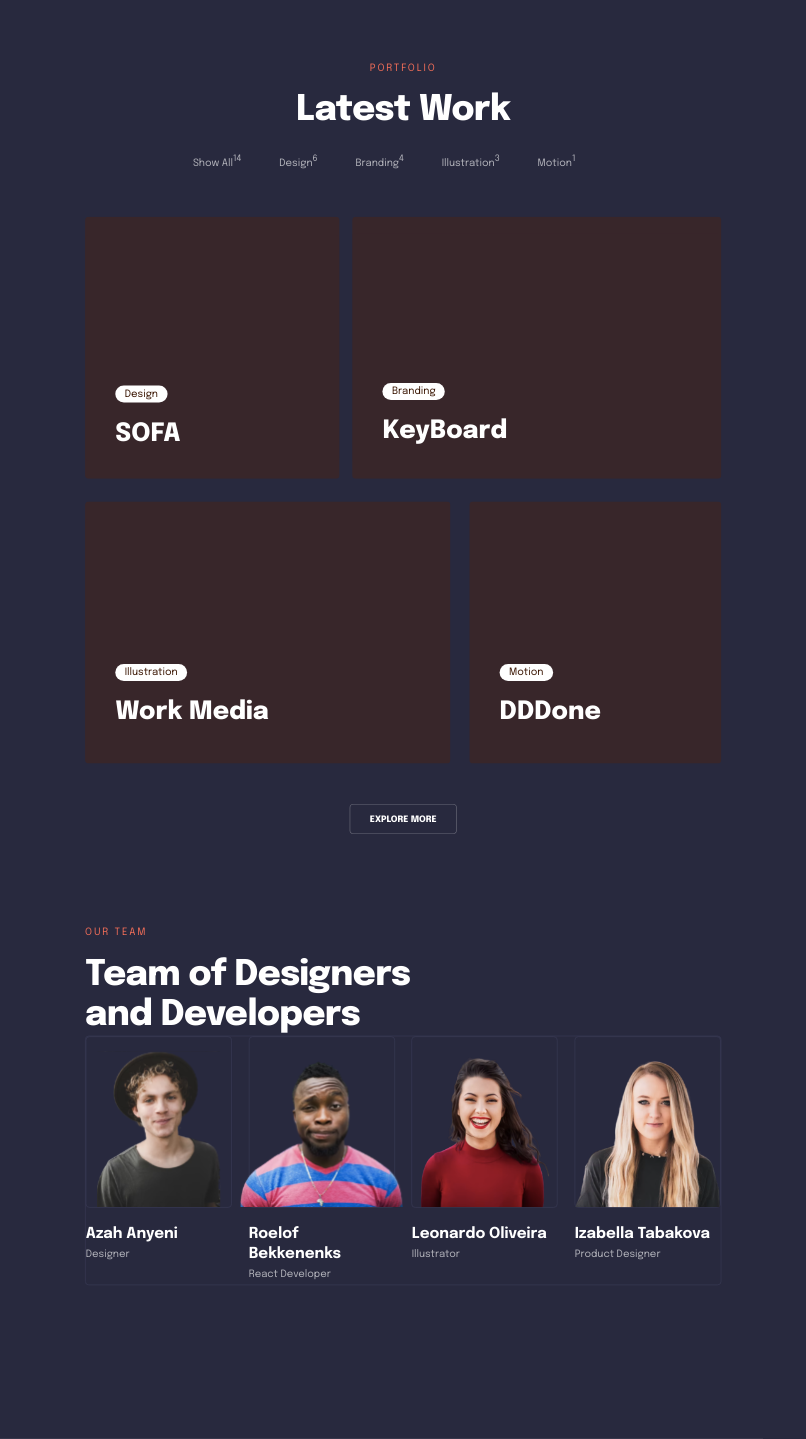
Repository: FidanXankishiyeva/figma-positions-task
Page: index.html
The author's editor kept a copy of each file at every save. The page is drawn from the files as they stood at one save, then again after the next save.
The browser window is 1280 px wide. The pictures show the whole page, at 63% of full size.

Above is the page before, as saved 2023-08-10 13:52:09.

### index.html
<!DOCTYPE html>
<html lang="en">

<head>
    <meta charset="UTF-8">
    <meta name="viewport" content="width=device-width, initial-scale=1.0">
    <title>Document</title>
    <link rel="stylesheet" href="index.css">
</head>

<body>
    <div class="container">
        <div class="page-1">
            <div class="text-box">
                <h1>Portfolio</h1>
                <h2>Latest Work</h2>
            </div>
            <nav class="position-box">
                <ul>
                    <li>
                        <h1>Show All</h1>
                        <p>14</p>
                    </li>
                    <li>
                        <h1>Design</h1>
                        <p>6</p>
                    </li>
                    <li>
                        <h1>Branding</h1>
                        <p>4</p>
                    </li>
                    <li>
                        <h1>Illustration</h1>
                        <p>3</p>
                    </li>
                    <li>
                        <h1>Motion</h1>
                        <p>1</p>
                    </li>
                </ul>
            </nav>
            <div class="photo-box">
                <div class="sofa-box">
                    <img src="./photo/sofa.svg" alt="">
                    <div class="design-box">
                        <a href="#">Design</a>
                        <p>SOFA</p>

                    </div>
                </div>
                <div class="keyboard-box">
                    <img src="./photo/keyboard.svg" alt="">
                    <div class="branding-box">
                        <a href="#">Branding</a>
                        <p>KeyBoard</p>
                    </div>
                </div>
            </div>

            <div class="photo-box-2">
                <div class="work-media">
                    <img src="./photo/Work-Media.svg" alt="">
                    <div class="illustration-box">
                        <a href="#">Illustration</a>
                        <p>Work Media</p>
                    </div>
                </div>
                <div class="done-box">
                    <img src="./photo/done.svg" alt="">
                    <div class="motion-box">
                        <a href="#">Motion</a>
                        <p>DDDone</p>
                    </div>
                </div>
            </div>
            <button>
                Explore more
            </button>
        </div>
        <div class="page-2">
            <div class="text-box-2">
                <h3 >Our Team</h3>
                <h4>Team of Designers
                    and Developers</h4>
            </div>
            <div class="team-person">
                <ul>
                    <li>
                        <div>
                            <img src="./photo/azah.svg" alt="">
                        </div>
                        <h5>Azah Anyeni</h5>
                        <h6>Designer</h6>
                    </li>
                    <li>
                        <div>
                            <img src="./photo/roelof.svg" alt="">

                        </div>
                        <h5>Roelof Bekkenenks</h5>
                        <h6>React Developer</h6>
                    </li>
                    <li>
                        <div>
                            <img src="./photo/Bitmap.png" alt="">
                        </div>
                        <h5>Leonardo Oliveira</h5>
                        <h6>Illustrator</h6>
                    </li>
                    <li>
                        <div>
                            <img src="./photo/Bitmap (1).png" alt="">
                        </div>
                        <h5>Izabella Tabakova</h5>
                        <h6>Product Designer</h6>
                    </li>
                </ul>
            </div>
        </div>
    </div>

</body>

</html>

### index.css
@import url("https://fonts.googleapis.com/css2?family=Epilogue:wght@400;700;800&display=swap");
* {
    margin: 0;
    padding: 0;
    box-sizing: border-box;
}

.container {
    width: 100%;
    background-color: #28293e;
}

.page-1 {
    padding: 92px 135px 0 135px;
}
.text-box h1 {
    margin-bottom: 20px;
    color: var(--text-light-accent, #ef6d58);
    text-align: center;
    font-feature-settings:
        "clig" off,
        "liga" off;
    font-family: Epilogue;
    font-size: 16px;
    font-style: normal;
    font-weight: 400;
    line-height: 32px;
    letter-spacing: 3px;
    text-transform: uppercase;
}

.text-box h2 {
    margin-bottom: 36px;
    color: var(--text-light, #fff);
    text-align: center;
    font-feature-settings:
        "clig" off,
        "liga" off;
    font-family: Epilogue;
    font-size: 56px;
    font-style: normal;
    font-weight: 800;
    line-height: 64px;
    letter-spacing: -1px;
}

.position-box ul {
    display: flex;
    justify-content: center;
}

.position-box ul li {
    list-style-type: none;
    margin-right: 60px;
    display: flex;
}

.position-box ul li h1 {
    color: var(--text-light-gray, rgba(255, 255, 255, 0.64));
    font-feature-settings:
        "clig" off,
        "liga" off;
    font-family: Epilogue;
    font-size: 16px;
    font-style: normal;
    font-weight: 400;
    line-height: 32px;
}

.position-box ul li p {
    color: var(--text-light-gray, rgba(255, 255, 255, 0.64));
    text-align: center;
    font-feature-settings:
        "clig" off,
        "liga" off;
    font-family: Epilogue;
    font-size: 14px;
    font-style: normal;
    font-weight: 400;
}

.photo-box {
    display: flex;
    justify-content: space-between;
    margin-top: 68px;
}

.sofa-box {
    width: 40%;
    position: relative;
}

.design-box {
    position: absolute;
    bottom: 51px;
    left: 48px;
    /* top: 50%;
    left: 50%;
    transform: translate(-50%, -50%); */
}

.sofa-box img {
    width: 100%;
    height: 416px;
    margin-right: 30px;
    border-radius: 6px;
    opacity: 0.3181;
    background: #5c2000;
}

.photo-box a {
    width: 84px;
    height: 38px;
    padding: 5px 15px;
    text-decoration: none;
    border-radius: 19px;
    background: #fff;
    color: var(--text-dark, #391400);
    font-feature-settings:
        "clig" off,
        "liga" off;
    font-family: Epilogue;
    font-size: 16px;
    font-style: normal;
    font-weight: 400;
    line-height: 32px;
}

.photo-box p {
    margin-top: 23px;
    color: var(--text-light, #fff);
    font-feature-settings:
        "clig" off,
        "liga" off;
    font-family: Epilogue;
    font-size: 40px;
    font-style: normal;
    font-weight: 800;
    line-height: 48px;
}

.keyboard-box {
    position: relative;
    width: 58%;
    height: 416px;
}

.keyboard-box img {
    width: 100%;
    height: 100%;
    border-radius: 6px;
    opacity: 0.3181;
    background: #5c2000;
}

.branding-box {
    position: absolute;
    bottom: 51px;
    left: 48px;
}

.photo-box-2 {
    display: flex;
    justify-content: space-between;
    margin-top: 32px;
}

.work-media {
    position: relative;
    margin-right: 30px;
    width: 58%;
    height: 416px;
}

.work-media img {
    width: 100%;
    height: 100%;
    border-radius: 6px;
    opacity: 0.3181;
    background: #5c2000;
}

.photo-box-2 a {
    padding: 5px 15px;
    border-radius: 19px;
    text-decoration: none;
    background: #fff;
    color: var(--text-dark, #391400);
    font-feature-settings:
        "clig" off,
        "liga" off;
    font-family: Epilogue;
    font-size: 16px;
    font-style: normal;
    font-weight: 400;
    line-height: 32px;
}

.photo-box-2 p {
    margin-top: 23px;
    color: var(--text-light, #fff);
    font-feature-settings:
        "clig" off,
        "liga" off;
    font-family: Epilogue;
    font-size: 40px;
    font-style: normal;
    font-weight: 800;
    line-height: 48px;
}

.illustration-box {
    position: absolute;
    top: 256px;
    left: 48px;
}

.done-box {
    position: relative;
    width: 40%;
    height: 416px;
}

.done-box img {
    width: 100%;
    height: 100%;

    border-radius: 6px;
    opacity: 0.3181;
    background: #5c2000;
}

.motion-box {
    position: absolute;
    top: 256px;
    left: 48px;
}

.box {
    position: absolute;
    top: 64px;
    left: 500px;
}

button {
    width: 170px;
    height: 48px;
    /* padding: 18px 31px; */
    margin: auto;
    margin-top: 64px;
    display: block;
    border-radius: 6px;
    border: 1px solid rgba(255, 255, 255, 0.3);
    background-color: #28293e;
    text-decoration: none;
    color: #fff;
    text-align: center;
    font-family: Epilogue;
    font-size: 14px;
    font-style: normal;
    font-weight: 900;
    line-height: normal;
    text-transform: uppercase;
}
/* page-2 design */
.page-2 {
    padding: 140px 135px 244px 135px;
}
.text-box-2 {
    width: 531px;
}
.text-box-2 h3 {
    color: var(--text-light-accent, #ef6d58);
    font-feature-settings:
        "clig" off,
        "liga" off;
    font-family: Epilogue;
    font-size: 16px;
    font-style: normal;
    font-weight: 400;
    line-height: 32px;
    letter-spacing: 3px;
    text-transform: uppercase;
}
.text-box-2 h4 {
    margin-top: 20px;
    color: var(--text-light, #fff);
    font-feature-settings:
        "clig" off,
        "liga" off;
    font-family: Epilogue;
    font-size: 56px;
    font-style: normal;
    font-weight: 800;
    line-height: 64px;
    letter-spacing: -1px;
}
.team-person ul {
    /* padding: 24px 37px 0px 37px; */
    display: flex;
    justify-content: space-between;
    border-radius: 6px;
    border: 1px solid #3a3c56;
}
.team-person ul li {
    list-style-type: none;
    width: 23%;

}
.team-person ul li div {
    height: 272px;
    border-radius: 6px;
    border: 1px solid #3a3c56;
    display: flex;
    justify-content: center;
    align-items: flex-end;
}
.team-person ul li:first-child img {
    width: 196px;
    height: 247px;
}
.team-person ul li:nth-child(2) img {
    width: 259px;
    height: 232px;
}

.team-person ul li:nth-child(3) img {
    width: 205px;
    height: 238px;
}
.team-person ul li:nth-child(4) img {
    width: 230px;
    height: 233px;
}

.team-person h5 {
    margin-top: 26px;
    color: var(--text-light, #fff);
    font-feature-settings:
        "clig" off,
        "liga" off;
    font-family: Epilogue;
    font-size: 24px;
    font-style: normal;
    font-weight: 700;
    line-height: 32px;
}
.team-person h6 {
    color: var(--text-light-gray, rgba(255, 255, 255, 0.64));
    font-feature-settings:
        "clig" off,
        "liga" off;
    font-family: Epilogue;
    font-size: 16px;
    font-style: normal;
    font-weight: 400;
    line-height: 32px;
}

After the next save:
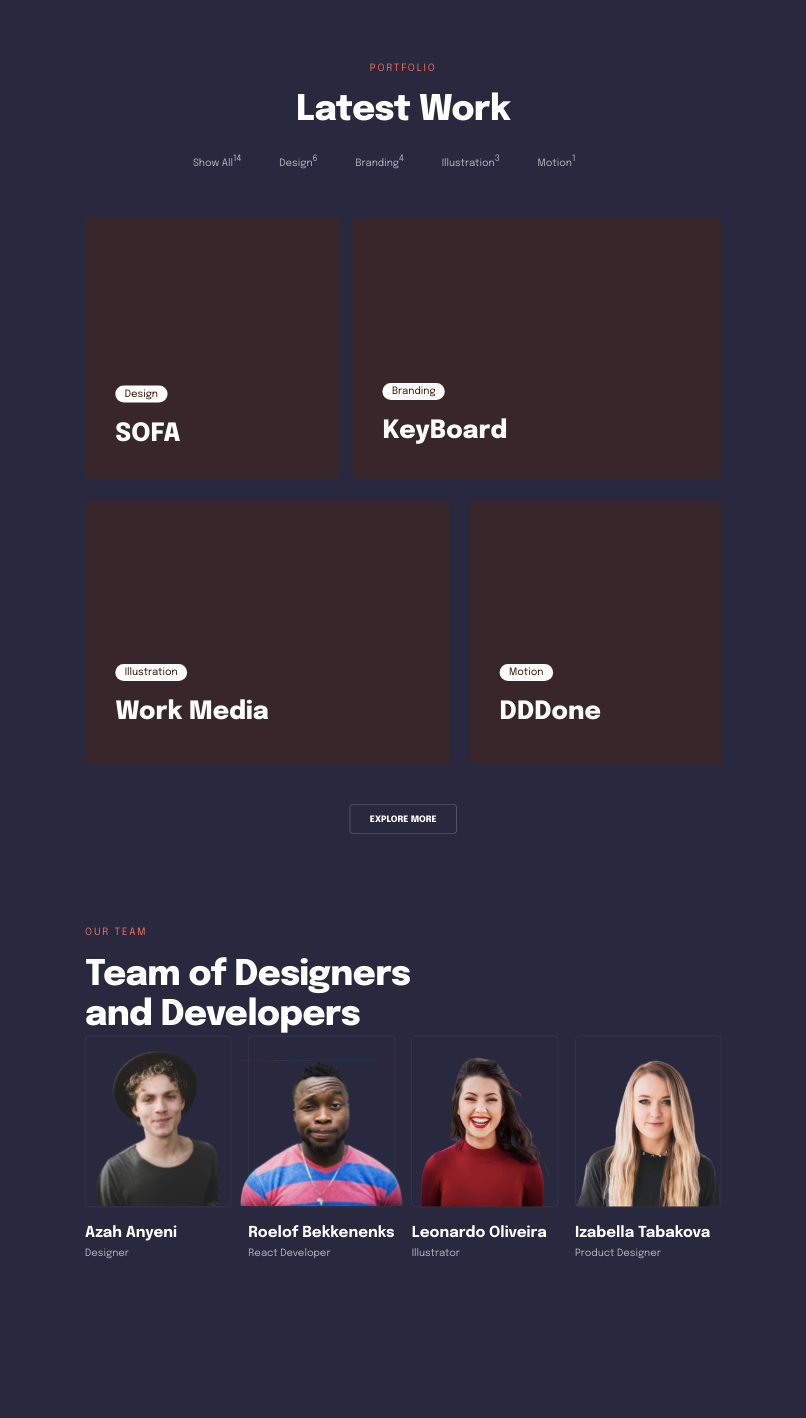
Saved 18 s later.
--- a/index.css
+++ b/index.css
@@ -299,8 +299,7 @@ button {
     /* padding: 24px 37px 0px 37px; */
     display: flex;
     justify-content: space-between;
-    border-radius: 6px;
-    border: 1px solid #3a3c56;
+
 }
 .team-person ul li {
     list-style-type: none;
